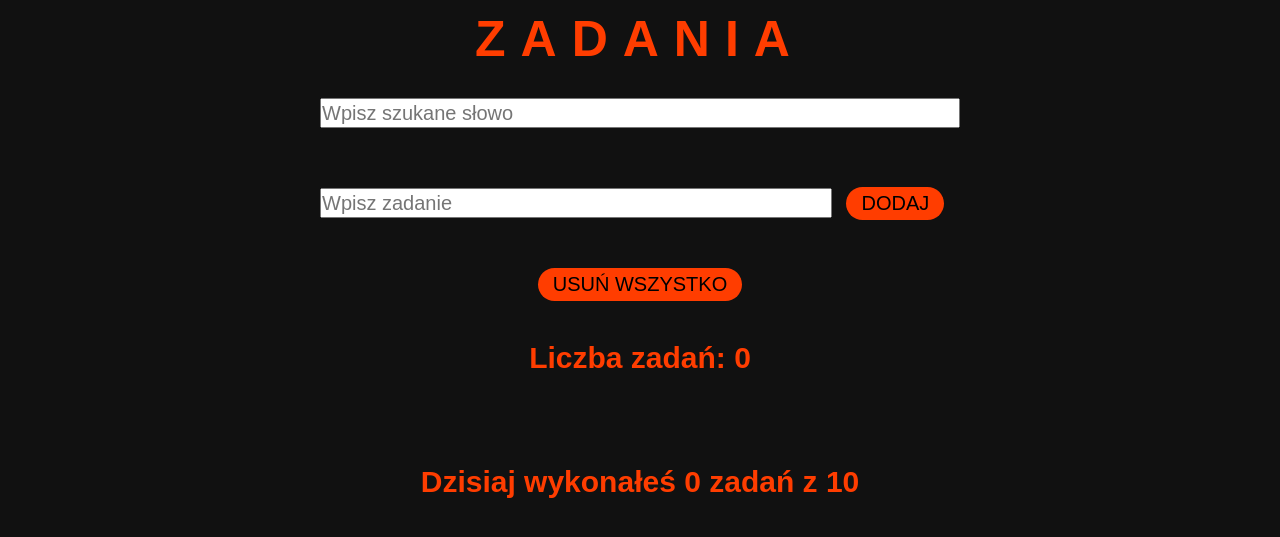
Repository: RobertDsr/To-Do-List
Page: index.html
An editor plug-in stored every save of this project. The page is shown before and after a run of saves, followed by the edit.
The browser window is 1280 px wide. The pictures show the whole page.
The style sheet was rebuilt from its Sass, Less or Tailwind sources for each picture, by a compiler version that may differ from the author's.

Above is the page before, as saved 2022-01-14 14:03:01.

### index.html
<!DOCTYPE html>
<html lang="en">

<head>
    <meta charset="UTF-8">
    <meta http-equiv="X-UA-Compatible" content="IE=edge">
    <meta name="viewport" content="width=device-width, initial-scale=1.0">
    <title>To Do List</title>
    <link rel="stylesheet" href="css/style.min.css">
</head>

<body>
    <section class="main-wrapper">
        <h1 class="title">ZADANIA</h1>
        <input class="search" type="text" placeholder="Wpisz szukane słowo">
        <form class="add-task" action="">
            <input class="add-task__input" type="text" placeholder="Wpisz zadanie">
            <button class="btn btn--small">DODAJ</button>
        </form>
        <button class="btn btn--large">USUŃ WSZYSTKO</button>
        <h2 class="title-count-task">Liczba zadań: <span class="count-task">0</span></h2>
            <ul class="list">

            </ul>
        <h2 class="title-count-task">Dzisiaj wykonałeś <span class="count-task">0</span> zadań z <span
                class="count-task">10</span></h2>
    </section>

    <script src="/js/main.js"></script>
</body>

</html>

### js/main.js

const toDoList = [];

const input = document.querySelector('.search');
const ul = document.querySelector('.list');
const liElements = document.getElementsByClassName('list__item');
const form = document.querySelector('.add-task');
const taskNumber = document.querySelector('.count-task');
const inputAddTask = document.querySelector('.add-task__input');
const li = document.querySelectorAll('.list__item');

// Wyszukiwarka
const searchTask = (e) => {
    const searchTekst = e.target.value.toLowerCase();
    let tasks = [...liElements];
    tasks = tasks.filter(li => li.textContent.toLowerCase().includes(searchTekst));
    ul.textContent = "";
    tasks.forEach(li => ul.appendChild(li));
}

input.addEventListener('input', searchTask);

// Usuwanie elementów z listy
const removeTask = (e) => {
    e.target.parentNode.remove();
    const index = e.target.parentNode.dataset.key;
    // console.log(index);
    // document.querySelector(`li[data-key="${index}"]`).remove();
    // document.querySelector(`button[data-key="${index}"]`).remove();

    toDoList.splice(index, 1);

    renderList();

    taskNumber.textContent = liElements.length;
}




// Dodawanie elementów listy

const addTask = (e) => {
    e.preventDefault();
    const titleTask = inputAddTask.value;
    if(titleTask === "") return;
    const taskElements = document.createElement('li');
    taskElements.className = 'list__item';
    taskElements.innerHTML = titleTask + '<button class="btn btn--medium">WYKONANE</button>';
    toDoList.push(taskElements);
    ul.textContent = "";
    renderList();
    ul.appendChild(taskElements);

    inputAddTask.value = "";

    taskNumber.textContent = liElements.length;

    taskElements.querySelector('.btn--medium ').addEventListener('click', removeTask);
}

const renderList = () => {
    toDoList.forEach(( toDoElement, key) => {
        toDoElement.dataset.key = key;
        ul.appendChild(toDoElement);
    })
}

form.addEventListener('submit', addTask);

### sass/style.scss
@import "variables";
@import "reset";
@import "base";
@import "main";

### sass/_variables.scss
:root {
    --bg-main-color: rgb(17, 17, 17);
    --font-main-color: rgb(255, 61, 0);
    --btn-bg-color: rgb(255, 61, 0);
}

### sass/_base.scss
body {
    background-color: var(--bg-main-color);
    font-family: Arial, Helvetica, sans-serif;
    color: var(--font-main-color);
}

button {
    background-color: var(--btn-bg-color);
    border: none;
    margin: 10px;
    padding: 5px 15px;
    border-radius: 2em;
    font-size: 20px;
    cursor: pointer;
}

### sass/_main.scss
.main-wrapper {
    display: flex;
    flex-direction: column;
}

.title {
    margin: 10px;
    text-align: center;
    font-size: 50px;
    letter-spacing: 0.3em;
}

.search {
    margin: 20px auto;
    min-height: 30px;
    min-width: 50%;
    font-size: 20px;
}

.add-task {
    margin: 20px auto;
    min-width: 50%;
}

.add-task__input {
    margin: 20px auto;
    min-height: 30px;
    min-width: 80%;
    font-size: 20px;
}

.btn--large {
    margin: 10px auto;
}

.title-count-task {
    margin: 30px 30px 60px;
    text-align: center;
    font-size: 30px;
}

.list {
    display: flex;
    flex-wrap: wrap;
}

.list__item {
    flex-basis: 80%;
    font-size: 20px;
    margin: 10px;
    padding: 10px;
    border: 1px solid ;
}

Loaded but not shown: sass/_reset.scss (common file)

After the next 3 saves:
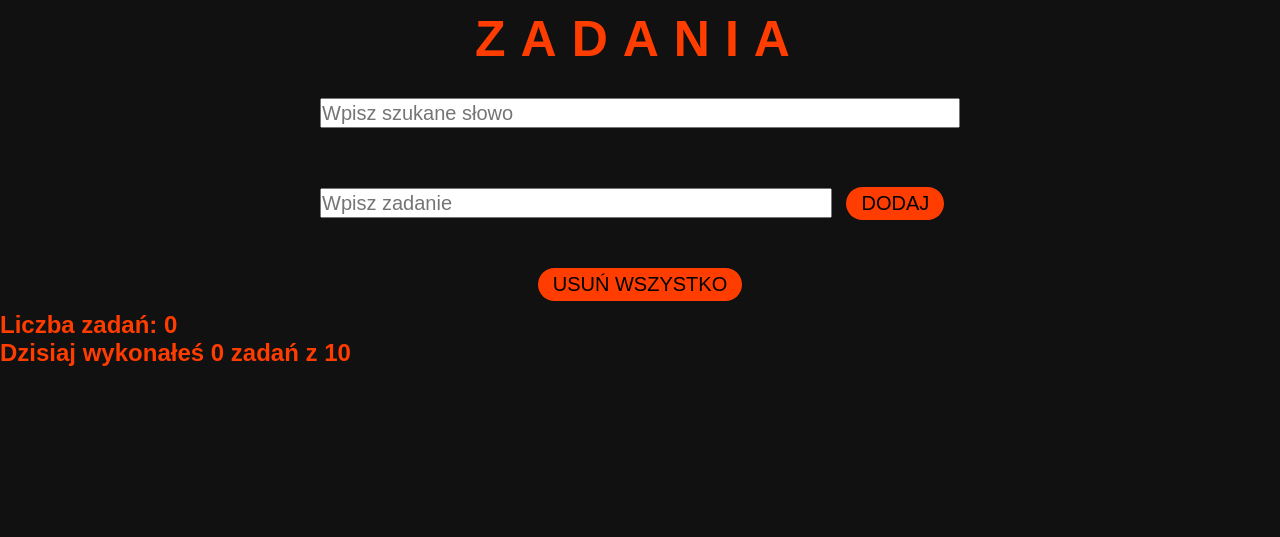
The 3 saves are shown as one change because they came seconds apart.
The last was saved 43 s later.
--- a/sass/_main.scss
+++ b/sass/_main.scss
@@ -33,6 +33,8 @@
     margin: 10px auto;
 }
 
+.btn--m
+
 .title-count-task {
     margin: 30px 30px 60px;
     text-align: center;
